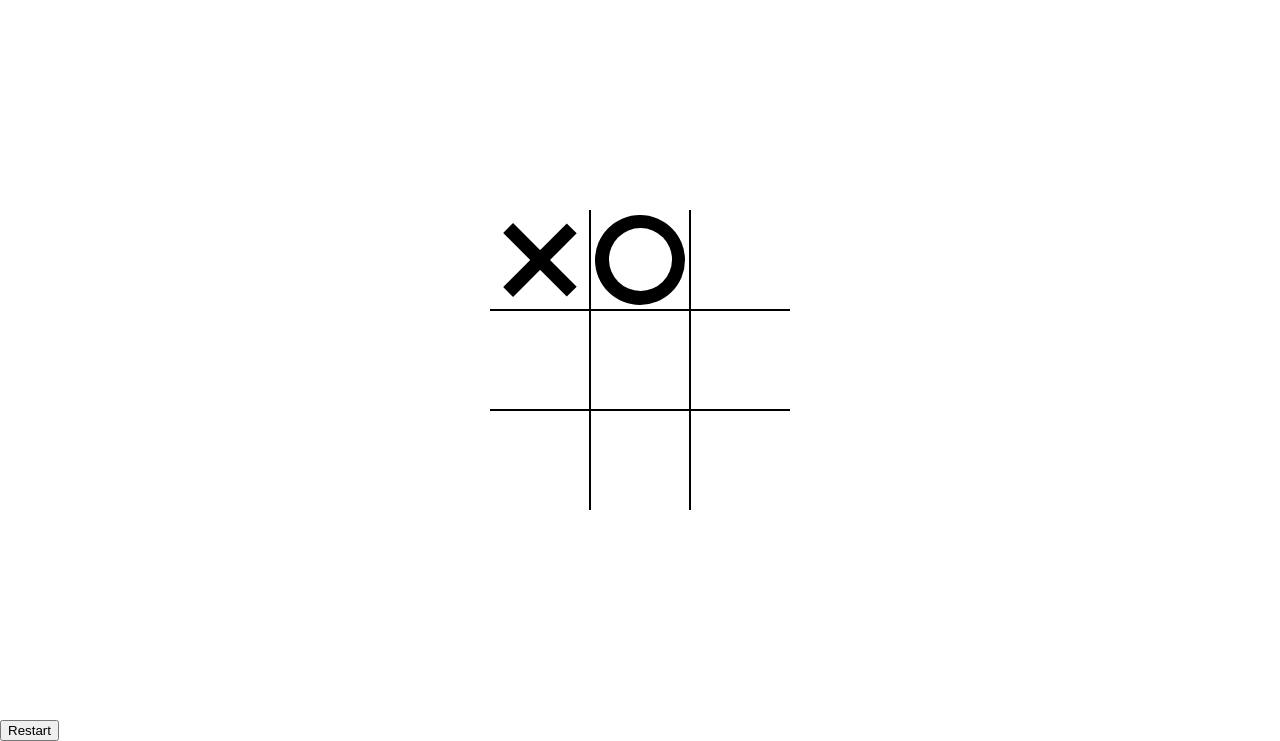
Repository: kate30980/pratice-tictactoe
Page: index.html
The author's editor kept a copy of each file at every save. The page is drawn from the files as they stood at one save, then again after the next save.
The browser window is 1280 px wide. The pictures show the whole page.

Above is the page before, as saved 2021-08-05 22:22:52.
Not found: script.js

### index.html
<!DOCTYPE html>
<html lang="en">
<head>
    <meta charset="UTF-8">
    <meta http-equiv="X-UA-Compatible" content="IE=edge">
    <meta name="viewport" content="width=device-width, initial-scale=1.0">
    <link rel="stylesheet" href="styles.css">
    <script src="script.js" defer></script>
    <title>Tic Tac Toe</title>
</head>
<body>
    <div class="board x" id="board">
        <div class="cell x" data-cell></div>
        <div class="cell circle" data-cell></div>
        <div class="cell" data-cell></div>
        <div class="cell" data-cell></div>
        <div class="cell" data-cell></div>
        <div class="cell" data-cell></div>
        <div class="cell" data-cell></div>
        <div class="cell" data-cell></div>
        <div class="cell" data-cell></div>
    </div>
    <div class="winning-message">
        <div data-wining-message-text></div>
        <button id="restartButton">Restart</button>
    </div>
</body>
</html>

### styles.css
*,
*::after,
*::before {
  box-sizing: border-box;
}
:root {
  --cell-size: 100px;
  --mark-size: calc(var(--cell-size) * 0.9);
  /* do this because we want this mark size to be 90% of the cell size */
}
body {
  margin: 0;
}
.board {
  width: 100vw;
  height: 100vh;
  display: grid;
  justify-content: center;
  align-content: center;
  justify-items: center;
  align-items: center;
  grid-template-columns: repeat(3, auto);
}
.cell {
  width: var(--cell-size);
  height: var(--cell-size);
  border: 1px solid black;
  display: flex;
  justify-content: center;
  align-items: center;
  position: relative;
  cursor: pointer;
}
.cell:first-child,
.cell:nth-child(2),
.cell:nth-child(3) {
  border-top: none;
}

.cell:nth-child(3n + 1) {
  border-left: none;
}
.cell:nth-child(3n + 3) {
  border-right: none;
}
.cell:last-child,
.cell:nth-child(8),
.cell:nth-child(7) {
  border-bottom: none;
}
.cell.x,
.cell.circle {
  cursor: not-allowed;
}

.cell.x::before,
.cell.x::after {
  background-color: black;
}

.board.x .cell:not(.x):not(.circle):hover::before,
.board.x .cell:not(.x):not(.circle):hover::after {
  background-color: lightgrey;
}

.cell.x::before,
.cell.x::after,
.board.x .cell:not(.x):not(.circle):hover::before,
.board.x .cell:not(.x):not(.circle):hover::after {
  content: "";
  position: absolute;
  width: calc(var(--mark-size) * 0.15);
  height: var(--mark-size);
  /* background-color: black; */
}
.cell.x::before,
.board.x .cell:not(.x):not(.circle):hover::before {
  transform: rotate(45deg);
}
.cell.x::after,
.board.x .cell:not(.x):not(.circle):hover::after {
  transform: rotate(-45deg);
}

.cell.circle::before,
.cell.circle::after,
.board.circle .cell:not(.x):not(.circle):hover::before,
.board.circle .cell:not(.x):not(.circle):hover::after {
  content: "";
  position: absolute;
  border-radius: 50%;
}
.cell.circle::before {
  width: var(--mark-size);
  height: var(--mark-size);
  background-color: black;
}
.cell.circle::after {
  width: calc(var(--mark-size) * 0.7);
  height: calc(var(--mark-size) * 0.7);
  background-color: white;
}

After the next save:
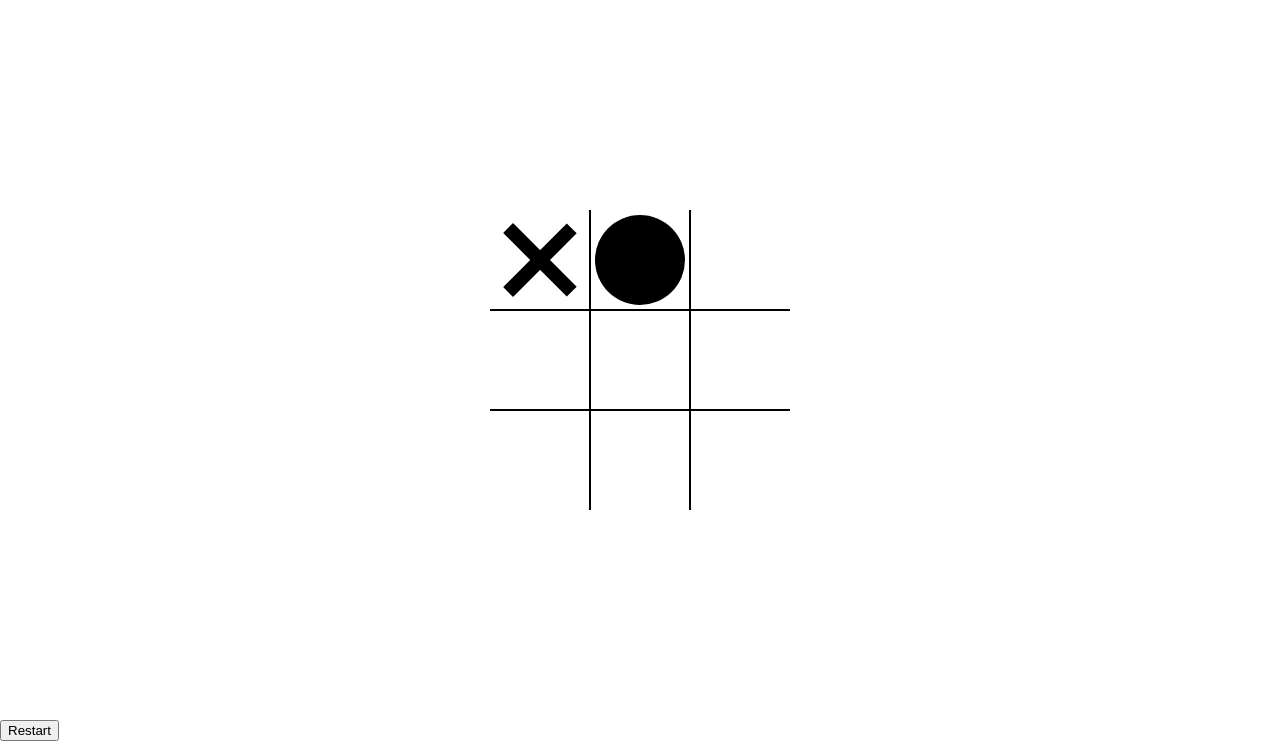
Saved 21 s later.
--- a/styles.css
+++ b/styles.css
@@ -90,12 +90,13 @@
   position: absolute;
   border-radius: 50%;
 }
-.cell.circle::before {
+.cell.circle::before,
+.board.circle .cell:not(.x):not(.circle):hover::before {
   width: var(--mark-size);
   height: var(--mark-size);
   background-color: black;
 }
-.cell.circle::after {
+.cell.circle::after .board.circle .cell:not(.x):not(.circle):hover::after {
   width: calc(var(--mark-size) * 0.7);
   height: calc(var(--mark-size) * 0.7);
   background-color: white;

After the save that followed:
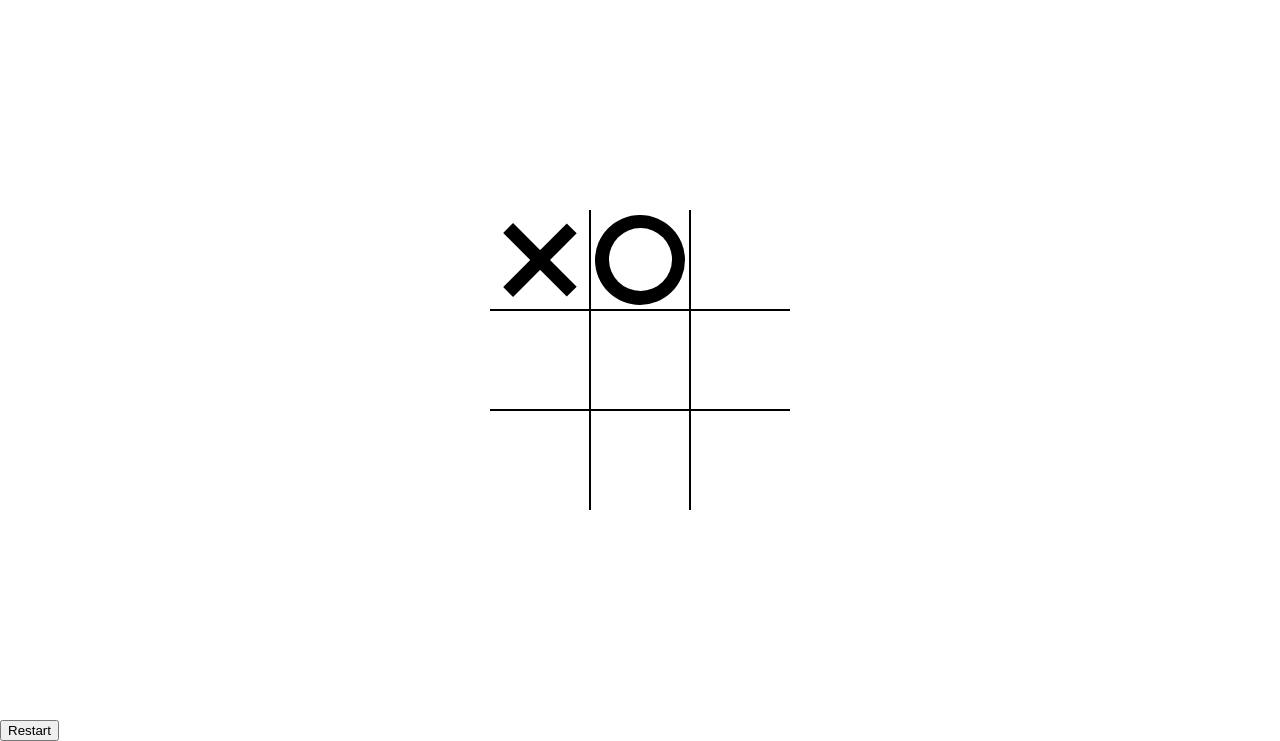
Saved 14 s later.
--- a/styles.css
+++ b/styles.css
@@ -96,7 +96,8 @@
   height: var(--mark-size);
   background-color: black;
 }
-.cell.circle::after .board.circle .cell:not(.x):not(.circle):hover::after {
+.cell.circle::after,
+.board.circle .cell:not(.x):not(.circle):hover::after {
   width: calc(var(--mark-size) * 0.7);
   height: calc(var(--mark-size) * 0.7);
   background-color: white;
